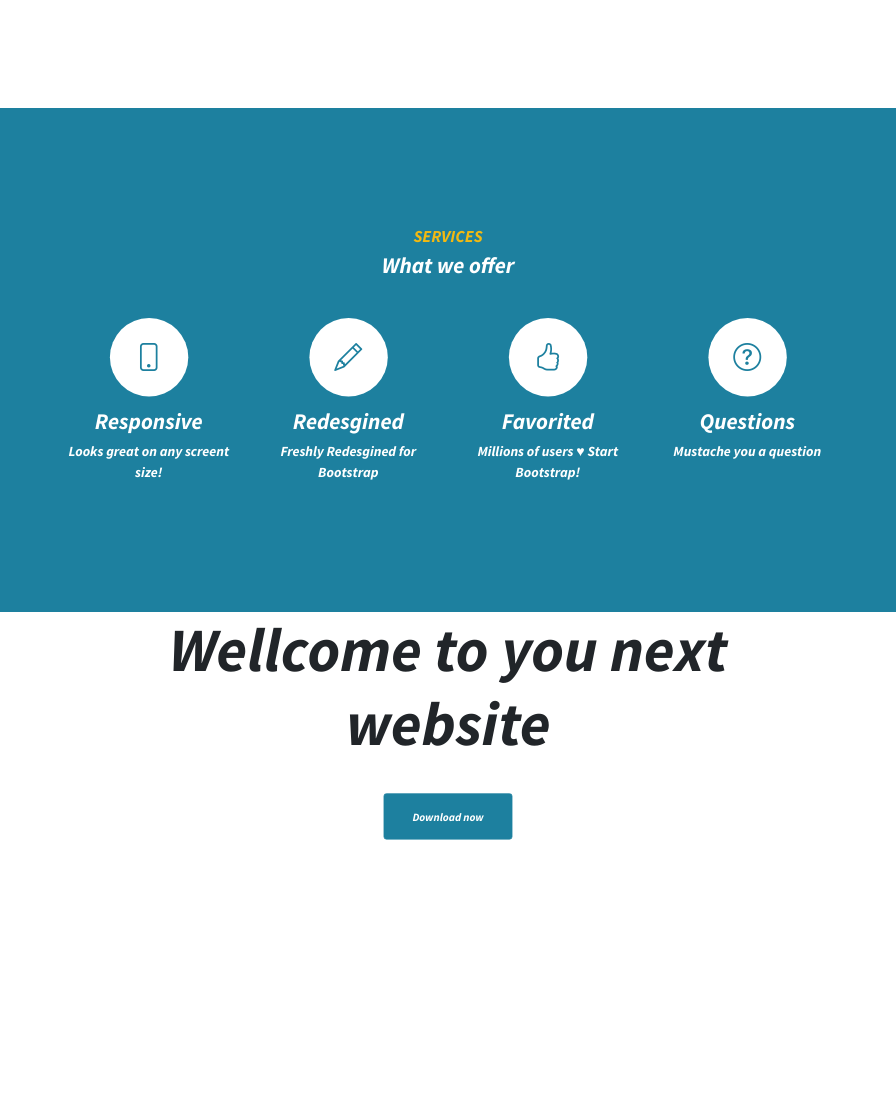
Repository: hoangpino/VE_FE_FrameWork_005
Page: lab06/index.html
An editor plug-in stored every save of this project. The page is shown before and after the next save, followed by the edit.
The browser window is 1280 px wide. The pictures show the part of the page from y = 1285 to 3205 px (the page is 2880 px tall before and 3205 px after), at 70% of full size.

Above is the page before, as saved 2021-10-05 18:37:42.
Not found: lab06/images/bg-callout.jpg

After the next save:
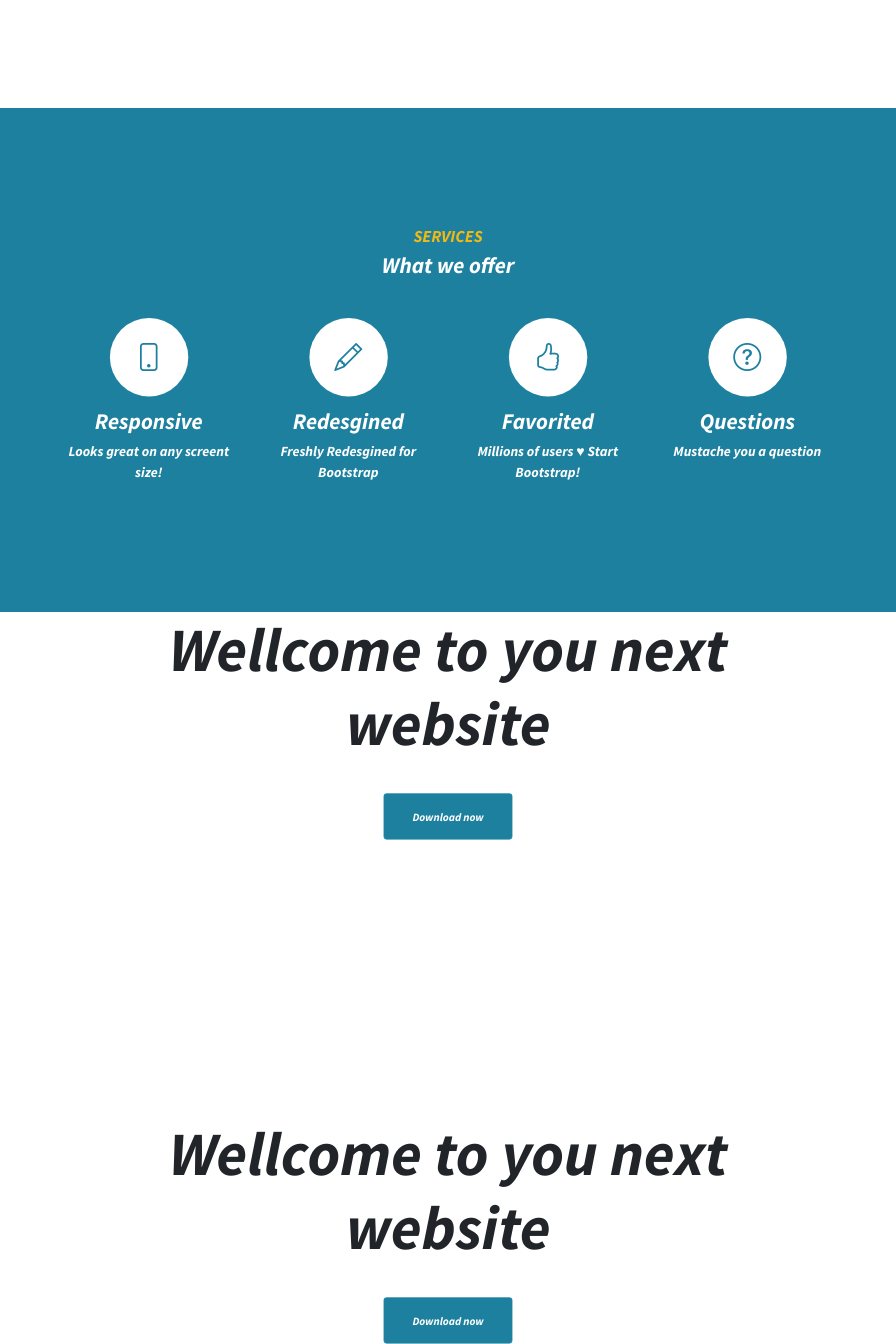
Saved 51 s later.
--- a/lab06/index.html
+++ b/lab06/index.html
@@ -41,7 +41,7 @@
                 <li class="sidebar-nav-item"><a href="#about">About</a></li>
                 <li class="sidebar-nav-item"><a href="#services">Services</a></li>
                 <li class="sidebar-nav-item"><a href="#callout">Callout</a></li>
-                <li class="sidebar-nav-item"><a href="#">Portfolio</a></li>
+                <li class="sidebar-nav-item"><a href="#portfolio">Portfolio</a></li>
                 <li class="sidebar-nav-item"><a href="#">Contacts</a></li>
             </ul>
         </div>
@@ -108,6 +108,14 @@
         </div>
     </section>
 
+    <!-- Porfolior -->
+    <section class="d-flex aglin-items-center" id="portfolio">
+        <div class="container px-4 px-lg-5 text-center">
+            <h1 class="mb-5">Wellcome to <em>you</em> next website</h1>
+            <a href="#" class="btn btn-primary btn-xl">Download now</a>
+        </div>
+    </section>
+
     <script src="https://cdn.jsdelivr.net/npm/bootstrap@5.1.1/dist/js/bootstrap.bundle.min.js"
         integrity="sha384-/bQdsTh/da6pkI1MST/rWKFNjaCP5gBSY4sEBT38Q/9RBh9AH40zEOg7Hlq2THRZ"
         crossorigin="anonymous"></script>
